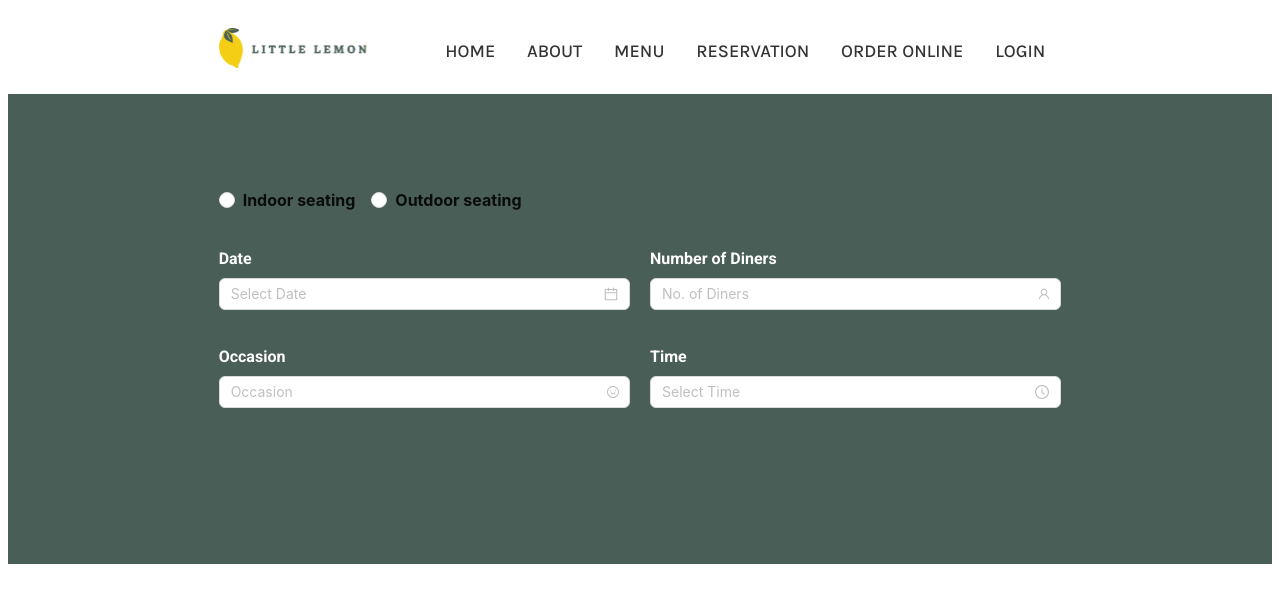
Repository: Yeshwanth-189/little-lemon
Page: /reservation (app in little-lemon/)
These files come from the project's save history. The page is drawn as it stood at one moment and after the next save; the edit follows.
The browser window is 1280 px wide. The pictures show the whole page.
The project was rebuilt for these pictures with package versions that can differ from the ones it lists, and the page was loaded fresh each time. Also part of the build but not shown: little-lemon/src/index.css, little-lemon/src/components/Hero/Hero.css, little-lemon/src/components/Hero/Hero.jsx, little-lemon/src/components/Specials/Specials.css, little-lemon/src/components/Specials/Specials.jsx, little-lemon/src/components/Testimonials/Testimonials.css, little-lemon/src/components/Testimonials/Testimonials.jsx, little-lemon/src/components/About/About.css and 3 more.

Above is the page before, as saved 2025-04-26 22:32:01.

After the next save:
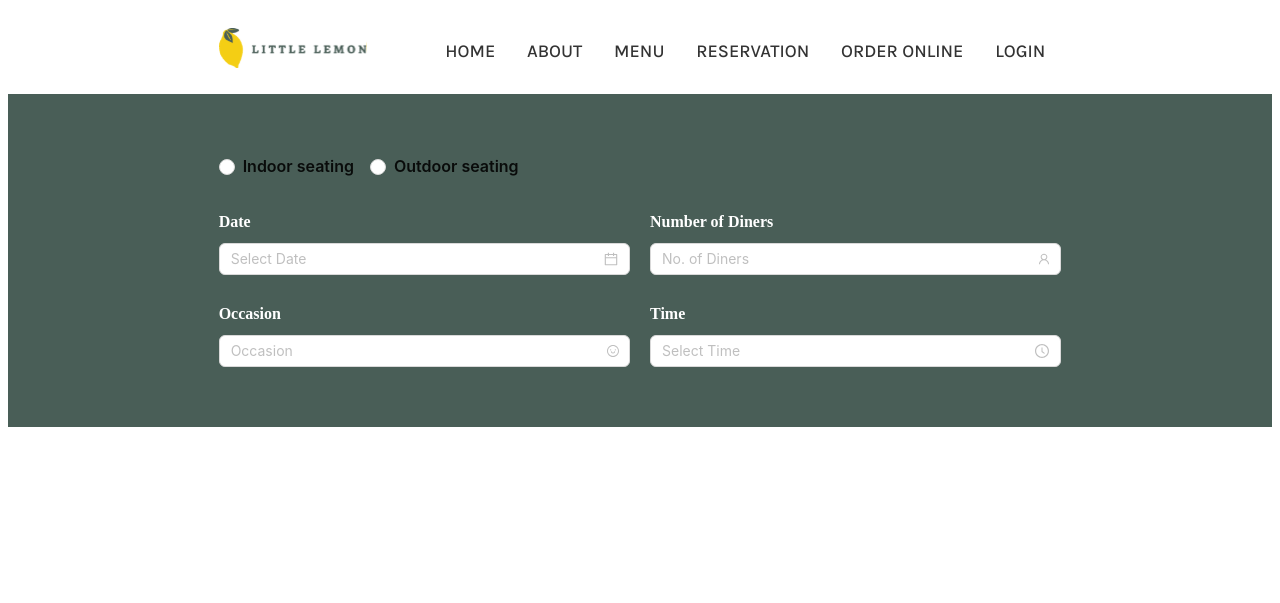
Saved 11 s later.
--- a/little-lemon/src/components/Reservation/Reservation.css
+++ b/little-lemon/src/components/Reservation/Reservation.css
@@ -1,13 +1,12 @@
 .reservation-grid {
   display: grid;
   grid-template-columns: repeat(12, 1fr);
+  background-color: #495e57;
+  color: white;
   width: 100%;
   max-width: 1440px;
   margin: 0 auto;
-  min-height: 350px;
   padding: 60px 0;
-  background-color: #495e57; /* Background like your Figma */
-  color: white;
 }
 
 /* Empty margins */
@@ -15,12 +14,12 @@
   display: none;
 }
 
-/* Main Section (3-10 columns) */
+/* Main Section */
 .reservation-main {
   grid-column: 3 / span 8;
   display: flex;
   flex-direction: column;
-  gap: 20px;
+  gap: 30px;
 }
 
 /* Each Row */
@@ -30,36 +29,22 @@
   gap: 20px;
 }
 
-/* Each Column inside Row */
+/* Each Column */
 .reservation-col {
   flex: 1;
   display: flex;
   flex-direction: column;
-  gap: 10px;
-  font-family: "roboto", sans-serif;
-  font-size: 20px;
-}
-
-/* Inputs and Selects */
-.reservation-col input[type="radio"] {
-  margin-right: 8px;
-}
-
-.reservation-col select {
-  padding: 10px;
-  border-radius: 8px;
-  border: none;
-  font-size: 16px;
+  gap: 8px;
 }
 
 /* Labels */
 .reservation-col label {
   font-size: 16px;
-  font-weight: bold;
-  margin-top: 4%;
+  font-weight: 600;
+  margin-bottom: 4px;
 }
 
-/* MOBILE RESPONSIVE */
+/* Mobile */
 @media (max-width: 768px) {
   .reservation-grid {
     grid-template-columns: repeat(4, 1fr);

After the 2 saves that followed:
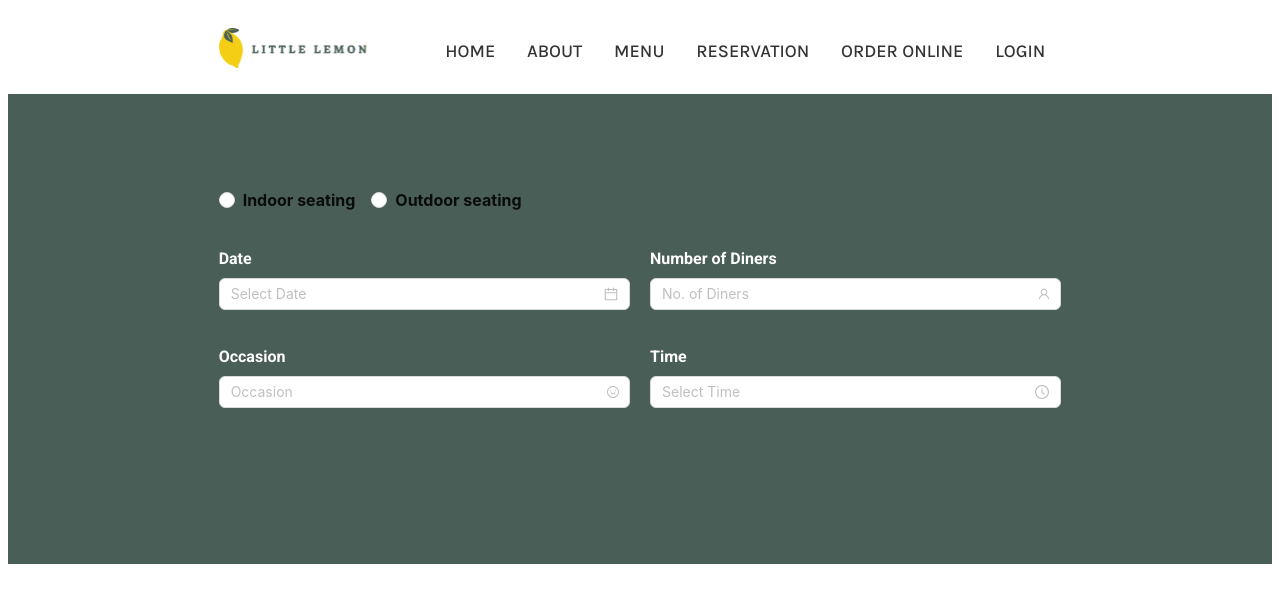
The 2 saves are shown as one change because 1 left the picture as it was.
The last was saved 2 min 6 s later.
--- a/little-lemon/src/components/Reservation/Reservation.jsx
+++ b/little-lemon/src/components/Reservation/Reservation.jsx
@@ -45,10 +45,10 @@ function Reservation() {
               suffixIcon={<UserOutlined />}
               style={{ width: "100%" }}
             >
-              <Option value="1">1</Option>
-              <Option value="2">2</Option>
-              <Option value="3">3</Option>
-              <Option value="4">4</Option>
+              <Option value="1">2</Option>
+              <Option value="2">4</Option>
+              <Option value="3">6</Option>
+              <Option value="4">8</Option>
             </Select>
           </div>
         </div>
--- a/little-lemon/src/components/Reservation/Reservation.css
+++ b/little-lemon/src/components/Reservation/Reservation.css
@@ -1,12 +1,13 @@
 .reservation-grid {
   display: grid;
   grid-template-columns: repeat(12, 1fr);
-  background-color: #495e57;
-  color: white;
   width: 100%;
   max-width: 1440px;
   margin: 0 auto;
+  min-height: 350px;
   padding: 60px 0;
+  background-color: #495e57; /* Background like your Figma */
+  color: white;
 }
 
 /* Empty margins */
@@ -14,12 +15,12 @@
   display: none;
 }
 
-/* Main Section */
+/* Main Section (3-10 columns) */
 .reservation-main {
   grid-column: 3 / span 8;
   display: flex;
   flex-direction: column;
-  gap: 30px;
+  gap: 20px;
 }
 
 /* Each Row */
@@ -29,22 +30,36 @@
   gap: 20px;
 }
 
-/* Each Column */
+/* Each Column inside Row */
 .reservation-col {
   flex: 1;
   display: flex;
   flex-direction: column;
-  gap: 8px;
+  gap: 10px;
+  font-family: "roboto", sans-serif;
+  font-size: 20px;
+}
+
+/* Inputs and Selects */
+.reservation-col input[type="radio"] {
+  margin-right: 8px;
+}
+
+.reservation-col select {
+  padding: 10px;
+  border-radius: 8px;
+  border: none;
+  font-size: 16px;
 }
 
 /* Labels */
 .reservation-col label {
   font-size: 16px;
-  font-weight: 600;
-  margin-bottom: 4px;
+  font-weight: bold;
+  margin-top: 4%;
 }
 
-/* Mobile */
+/* MOBILE RESPONSIVE */
 @media (max-width: 768px) {
   .reservation-grid {
     grid-template-columns: repeat(4, 1fr);
